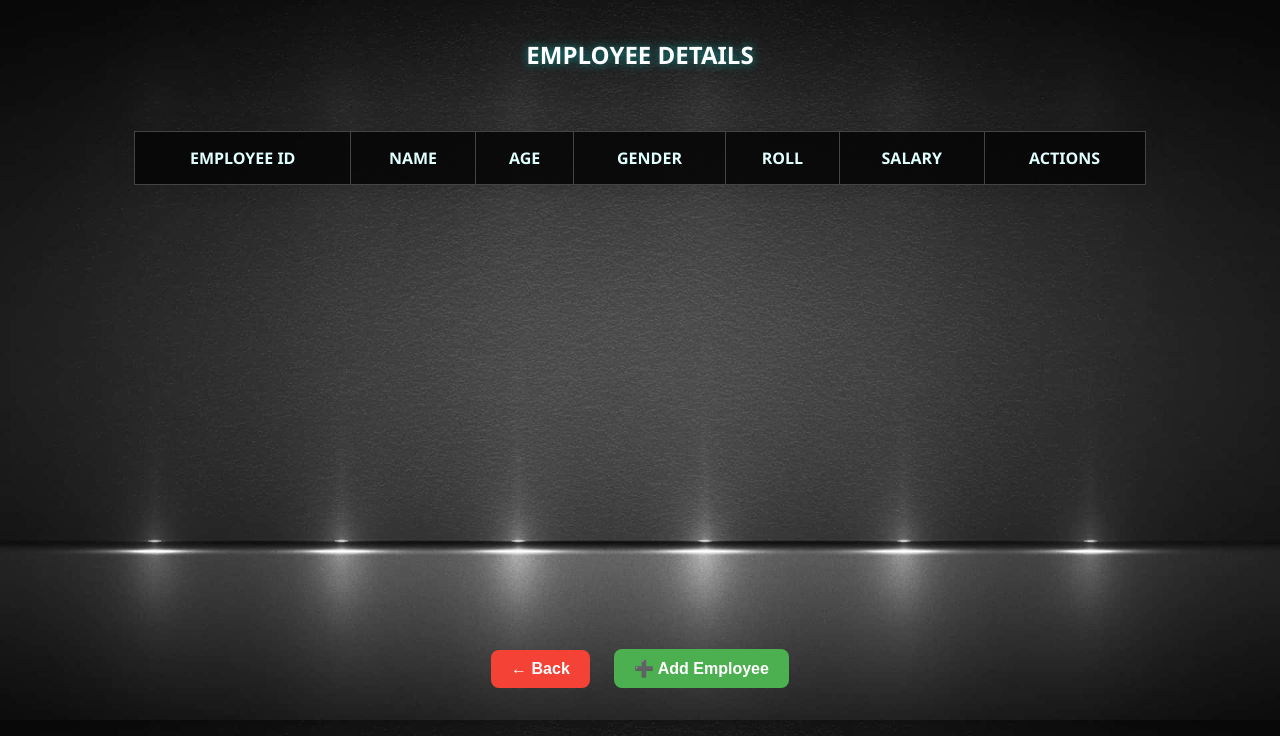
Repository: siva-shankar-2004/EmployeeManagementSystem
Page: src/main/resources/static/modifyemployeedetails.html
These files come from the project's save history. The page is drawn as it stood at one moment and after the next save; the edit follows.
The browser window is 1280 px wide. The pictures show the whole page.
The page's requests for data from a server got no answer. Backgrounds fixed to the window are drawn as part of the page.

Above is the page before, as saved 2025-04-06 11:27:37.

### src/main/resources/static/modifyemployeedetails.html
<!DOCTYPE html>
<html lang="en">
<head>
  <title>EMPLOYEE DETAILS</title>
  <script type="text/javascript" src="accemp.js"></script>
  <style>
    body {
      background-image: url('ogbackground.jpg');
      background-size: cover;
      background-repeat: no-repeat;
      background-attachment: fixed;
      font-family: 'Segoe UI', Tahoma, Geneva, Verdana, sans-serif;
      color: #f5f5f5;
      text-align: center;
      min-height: 100vh;
      display: flex;
      flex-direction: column;
    }

    h2 {
      margin-top: 30px;
      color: #ffffff;
      text-shadow: 0 0 10px rgba(0, 255, 255, 0.5);
    }

    table {
      margin: 40px auto 20px auto;
      width: 80%;
      border-collapse: collapse;
      background-color: rgba(48, 48, 48, 0.6);
      box-shadow: 0 0 20px rgba(20, 20, 20, 0.2);
    }

    th, td {
      border: 1px solid #444;
      padding: 15px;
      color: #e0ffff;
    }

    th {
      background-color: rgba(0, 0, 0, 0.8);
    }

    tr:nth-child(even) {
      background-color: rgba(255, 255, 255, 0.05);
    }

    button {
      padding: 10px 20px;
      border: none;
      border-radius: 8px;
      cursor: pointer;
      font-weight: bold;
      font-size: 16px;
      transition: background-color 0.3s ease;
      margin: 10px;
    }

    .edit-btn {
      background-color: #00bcd4;
      color: #fff;
    }

    .edit-btn:hover {
      background-color: #16e4ff;
    }

    .delete-btn {
      background-color: #3665f4;
      color: #fff;
    }

    .delete-btn:hover {
      background-color: #2884c6;
    }

    .footer-buttons {
      margin-top: auto;
      padding: 30px 0;
    }

    .add-btn {
      background-color: #4CAF50;
      color: white;
    }

    .add-btn:hover {
      background-color: #45a049;
    }

    .back-btn {
      background-color: #f44336;
      color: white;
    }

    .back-btn:hover {
      background-color: #e53935;
    }
  </style>
</head>
<body>
  <h2>EMPLOYEE DETAILS</h2>

  <table border="1">
    <thead>
      <tr>
        <th>EMPLOYEE ID</th>
        <th>NAME</th>
        <th>AGE</th>
        <th>GENDER</th>
        <th>ROLL</th>
        <th>SALARY</th>
        <th>ACTIONS</th>
      </tr>
    </thead>
    <tbody id="employeeDetails"></tbody>
  </table>

  <div class="footer-buttons">
    <button class="back-btn" onclick="window.location.href='index.html'">← Back</button>
    <button class="add-btn" onclick="window.location.href='addemployee.html'">➕ Add Employee</button>
  </div>

  <script type="text/javascript">
    window.onload = function() {
      showemployee();
    };
  </script>
</body>
</html>

### src/main/resources/static/accemp.js
function showemployee() {
    fetch("http://localhost:8080/employees")
        .then((response) => response.json())
        .then((employees) => {
            const dataTable = document.getElementById("employeeDetails");
            dataTable.innerHTML = ""; // Clear previous data

            employees.forEach(employee => {
                const row = `
                    <tr>
                        <td>${employee.id}</td>
                        <td><input type="text" id="name-${employee.id}" value="${employee.name}"></td>
                        <td><input type="number" id="age-${employee.id}" value="${employee.age}"></td>
                        <td><input type="text" id="gender-${employee.id}" value="${employee.gender}"></td>
                        <td><input type="text" id="roll-${employee.id}" value="${employee.employeeroll}"></td>
                        <td><input type="text" id="salary-${employee.id}" value="${employee.salary}"></td>
                        <td>
                            <button class="edit-btn" onclick="updateEmployee('${employee.id}')">Update</button>
                            <button class="delete-btn" onclick="deleteEmployee('${employee.id}')">Delete</button>
                        </td>
                    </tr>`;
                dataTable.innerHTML += row;
            });
        })
        .catch(error => console.error('Error fetching employees:', error));
}

function updateEmployee(id) {
    const name = document.getElementById(`name-${id}`).value;
    const age = document.getElementById(`age-${id}`).value;
    const gender = document.getElementById(`gender-${id}`).value;
    const employeeroll = document.getElementById(`roll-${id}`).value;
    const salary = document.getElementById(`salary-${id}`).value;

    const params = new URLSearchParams({
        name,
        age,
        gender,
        employeeroll,
        salary
    });

    fetch(`http://localhost:8080/employees/${id}?${params.toString()}`, {
        method: 'PUT'
    })
    .then(response => {
        if (response.ok) {
            alert("Employee updated successfully!");
            showemployee();
        } else {
            alert("Failed to update employee.");
        }
    });
}

function deleteEmployee(id) {
    fetch(`http://localhost:8080/employees/${id}`, {
        method: 'DELETE'
    })
    .then(response => {
        if (response.ok) {
            alert("Employee deleted successfully!");
            showemployee();
        } else {
            alert("Failed to delete employee.");
        }
    });
}

function showemployeetask() {
    fetch("http://localhost:8080/employees/task")
        .then((response) => response.json())
        .then((tasks) => {
            const taskTable = document.getElementById("employeetask");
            taskTable.innerHTML = "";

            tasks.forEach(task => {
                const row = `
                    <tr>
                        <td>${task.employeeId}</td>
                        <td>${task.taskId}</td>
                        <td>${task.taskname}</td>
                        <td>${task.taskmanager}</td>
                        <td>${task.deadline}</td>
                    </tr>`;
                taskTable.innerHTML += row;
            });
        })
        .catch(error => console.error('Error fetching employee tasks:', error));
}

After the next save:
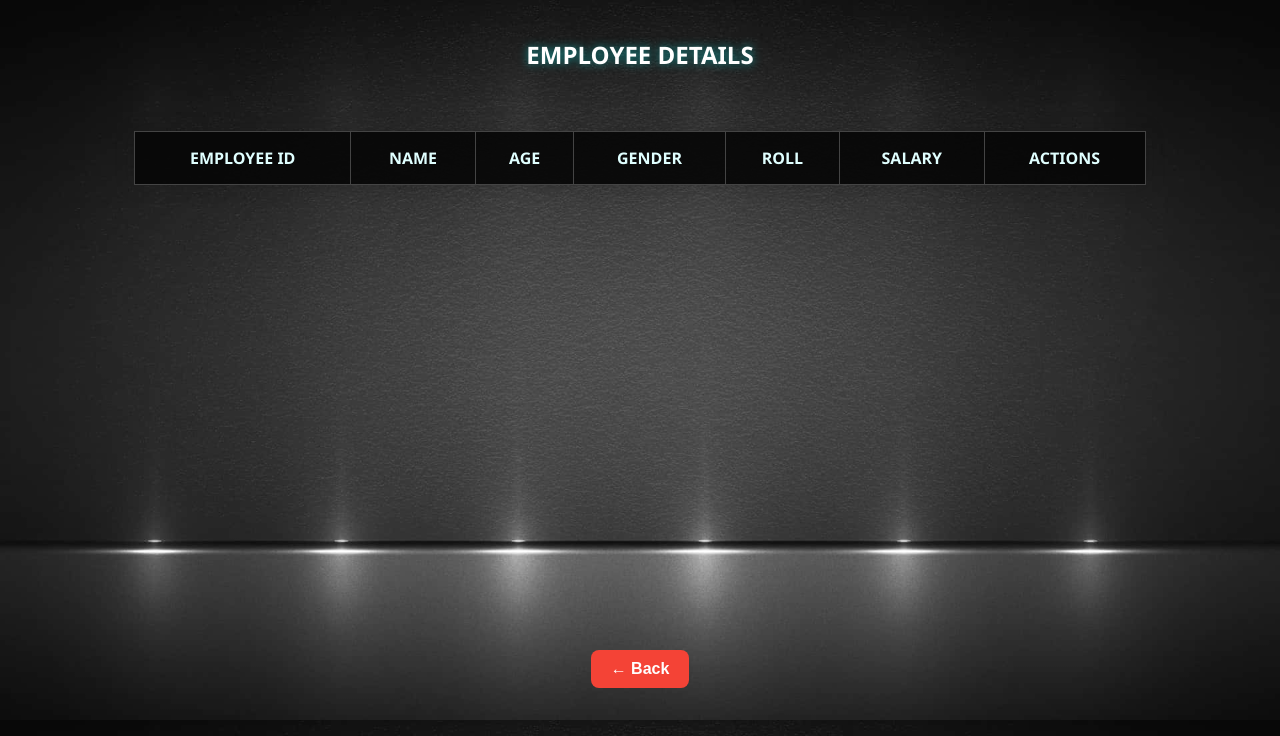
Saved 26 s later.
--- a/src/main/resources/static/modifyemployeedetails.html
+++ b/src/main/resources/static/modifyemployeedetails.html
@@ -118,7 +118,7 @@
 
   <div class="footer-buttons">
     <button class="back-btn" onclick="window.location.href='index.html'">← Back</button>
-    <button class="add-btn" onclick="window.location.href='addemployee.html'">➕ Add Employee</button>
+
   </div>
 
   <script type="text/javascript">
